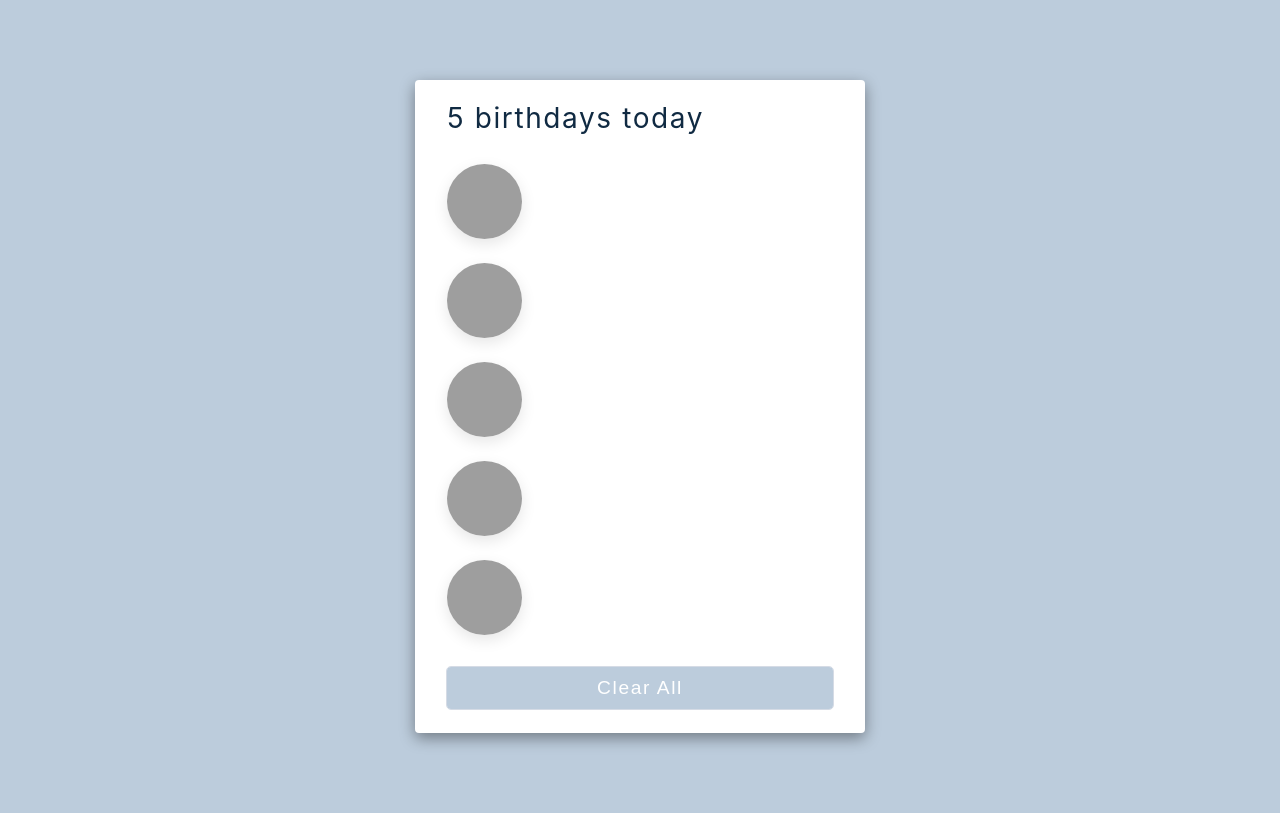
Repository: smit1298/Birthday-Reminder
Page: /
These files come from the project's save history. The page is drawn as it stood at one moment and after a run of saves; the edit follows.
The browser window is 1280 px wide. The pictures show the whole page.
Pictures or frames that could not be fetched are drawn as grey boxes. The project was rebuilt for these pictures with package versions that can differ from the ones it lists, and the page was loaded fresh each time.

Above is the page before, as saved 2022-05-15 23:54:21.

### src/index.css
/*
===============
Variables
===============
*/

:root {
  /* dark shades of primary color*/
  --clr-primary-1: hsl(162, 61%, 89%);
  --clr-primary-2: hsl(162, 60%, 78%);
  --clr-primary-3: hsl(162, 61%, 67%);
  --clr-primary-4: hsl(162, 61%, 57%);
  /* primary/main color */
  --clr-primary-5: hsl(162, 73%, 46%);
  /* lighter shades of primary color */
  --clr-primary-6: #1aa179;
  --clr-primary-7: #13795b;
  --clr-primary-8: #0d503c;
  --clr-primary-9: #06281e;
  /* darkest grey - used for headings */
  --clr-grey-1: hsl(212, 33%, 89%);
  --clr-grey-2: hsl(210, 31%, 80%);
  --clr-grey-3: hsl(211, 27%, 70%);
  --clr-grey-4: hsl(209, 23%, 60%);
  /* grey used for paragraphs */
  --clr-grey-5: hsl(210, 22%, 49%);
  --clr-grey-6: hsl(209, 28%, 39%);
  --clr-grey-7: hsl(209, 34%, 30%);
  --clr-grey-8: hsl(211, 39%, 23%);
  --clr-grey-9: hsl(209, 61%, 16%);
  --clr-white: #fff;
  --clr-red-dark: hsl(360, 67%, 44%);
  --clr-red-light: hsl(360, 71%, 66%);
  --clr-green-dark: hsl(125, 67%, 44%);
  --clr-green-light: hsl(125, 71%, 66%);
  --clr-black: #222;
  --transition: all 0.3s linear;
  --spacing: 0.1rem;
  --radius: 0.25rem;
  --light-shadow: 0 5px 15px rgba(0, 0, 0, 0.1);
  --dark-shadow: 0 5px 15px rgba(0, 0, 0, 0.4);
  --max-width: 1170px;
  --fixed-width: 450px;
  --clr-pink: #f28ab2;
}
/*
===============
Global Styles
===============
*/

*,
::after,
::before {
  margin: 0;
  padding: 0;
  box-sizing: border-box;
}
body {
  font-family: -apple-system, BlinkMacSystemFont, 'Segoe UI', Roboto, Oxygen,
    Ubuntu, Cantarell, 'Open Sans', 'Helvetica Neue', sans-serif;
  background: var(--clr-grey-2);
  color: var(--clr-grey-9);
  line-height: 1.5;
  font-size: 0.875rem;
}
ul {
  list-style-type: none;
}
a {
  text-decoration: none;
}
h1,
h2,
h3,
h4 {
  letter-spacing: var(--spacing);
  text-transform: capitalize;
  line-height: 1.25;
  margin-bottom: 0.75rem;
}
h1 {
  font-size: 3rem;
}
h2 {
  font-size: 2rem;
}
h3 {
  font-size: 1.25rem;
}
h4 {
  font-size: 0.875rem;
}
p {
  margin-bottom: 1.25rem;
  color: var(--clr-grey-5);
}
@media screen and (min-width: 800px) {
  h1 {
    font-size: 4rem;
  }
  h2 {
    font-size: 2.5rem;
  }
  h3 {
    font-size: 1.75rem;
  }
  h4 {
    font-size: 1rem;
  }
  body {
    font-size: 1rem;
  }
  h1,
  h2,
  h3,
  h4 {
    line-height: 1;
  }
}
/*  global classes */

/* section */
.section {
  width: 90vw;
  margin: 0 auto;
  max-width: var(--max-width);
}

@media screen and (min-width: 992px) {
  .section {
    width: 95vw;
  }
}

main {
  min-height: 100vh;
  display: flex;
  justify-content: center;
  align-items: center;
}

.container {
  width: 90vw;
  margin: 5rem 0;
  max-width: var(--fixed-width);
  background: var(--clr-white);
  border-radius: var(--radius);
  padding: 1.5rem 2rem;
  box-shadow: var(--dark-shadow);
}
.container h3 {
  font-weight: normal;
  text-transform: none;
  margin-bottom: 2rem;
}
.person {
  display: grid;
  grid-template-columns: auto 1fr;
  column-gap: 0.75rem;
  margin-bottom: 1.5rem;
  align-items: center;
}
.person img {
  width: 75px;
  height: 75px;
  object-fit: cover;
  border-radius: 50%;
  box-shadow: var(--light-shadow);
}
.person h4 {
  margin-bottom: 0.35rem;
}
.person p {
  margin-bottom: 0;
}
.container button {
  color: var(--clr-white);
  display: block;
  width: 100%;
  border-color: transparent;
  background: var(--clr-grey-2);
  margin: 2rem auto 0 auto;
  text-transform: capitalize;
  font-size: 1.2rem;
  padding: 0.5rem 0;
  letter-spacing: var(--spacing);
  border-radius: var(--radius);
  outline: 1px solid rgba(203, 211, 223, 0.8);
  cursor: pointer;
}

### src/App.js
import React, { useState } from "react";
import data from "./data";
import List from "./List";
function App() {
  // creating a useState that picks data from my data js form
  const [people, setPeople] = useState(data)
  return (
    <main>
      <section className="container">
        <h3>{people.length} birthdays today</h3>
        <List people={people} />
        <button onClick={() => console.log('you cleared me')}>clear all</button>
      </section>
    </main>
  );
}

export default App;

### src/data.js
export default [
  {
    id: 1,
    name: 'Bertie Yates',
    age: 29,
    image:
      'https://res.cloudinary.com/diqqf3eq2/image/upload/v1595959131/person-2_ipcjws.jpg',
  },
  {
    id: 2,
    name: 'Hester Hogan',
    age: 32,
    image:
      'https://res.cloudinary.com/diqqf3eq2/image/upload/v1595959131/person-3_rxtqvi.jpg',
  },
  {
    id: 3,
    name: 'Larry Little',
    age: 36,
    image:
      'https://res.cloudinary.com/diqqf3eq2/image/upload/v1586883423/person-4_t9nxjt.jpg',
  },
  {
    id: 4,
    name: 'Sean Walsh',
    age: 34,
    image:
      'https://res.cloudinary.com/diqqf3eq2/image/upload/v1586883417/person-3_ipa0mj.jpg',
  },
  {
    id: 5,
    name: 'Lola Gardner',
    age: 29,
    image:
      'https://res.cloudinary.com/diqqf3eq2/image/upload/v1586883334/person-1_rfzshl.jpg',
  },
];

### src/List.js
import React from "react";

const List = ({ people }) => {
  return (
    <>
      {people.map((person) => {
        const { id, name, age, image } = person;
        return <article key={id} className="person">
          <img src={image} alt={name} />

        </article>;
      })}
    </>
  );
};

export default List;

Loaded but not shown: public/index.html (common file); src/index.js (common file)

After the next 3 saves:
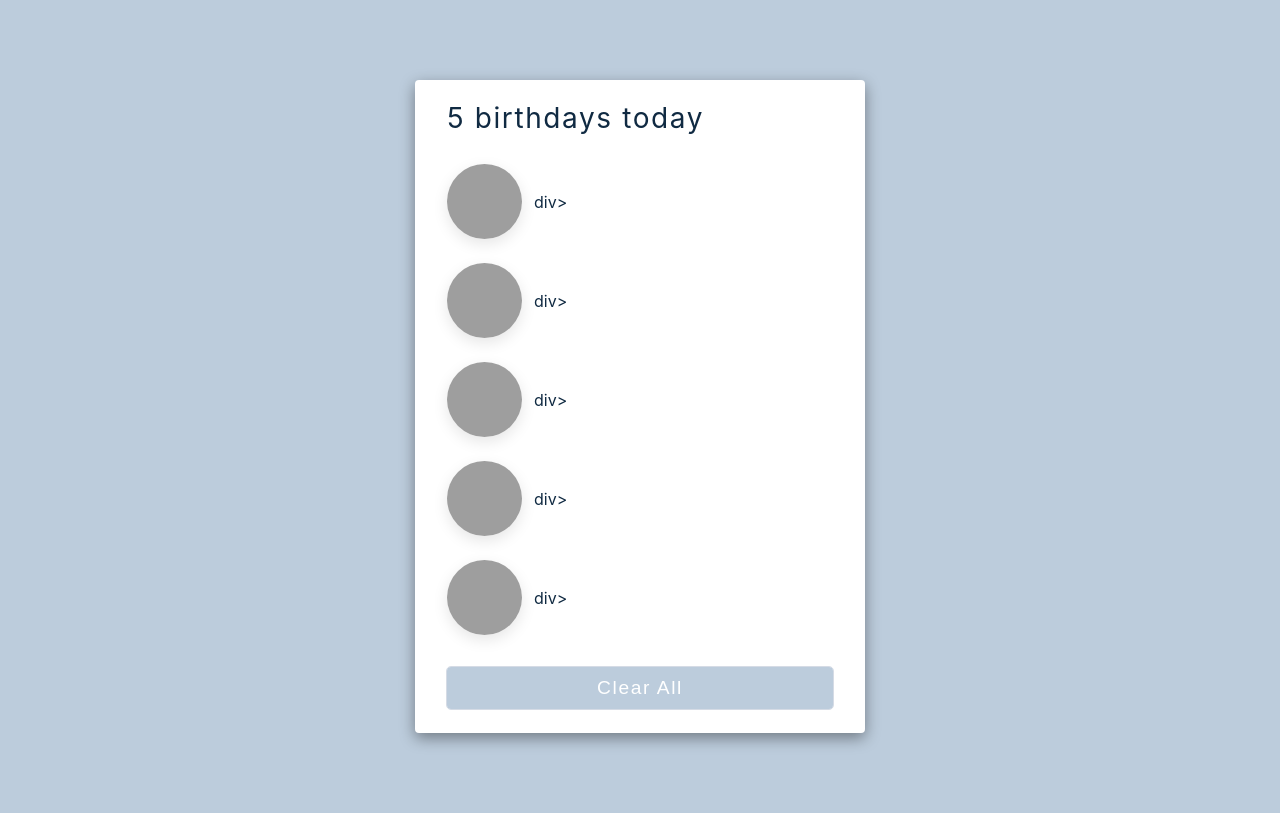
The 3 saves are shown as one change because they came seconds apart.
The last was saved 10 s later.
--- a/src/List.js
+++ b/src/List.js
@@ -7,7 +7,7 @@ const List = ({ people }) => {
         const { id, name, age, image } = person;
         return <article key={id} className="person">
           <img src={image} alt={name} />
-
+          div>
         </article>;
       })}
     </>
